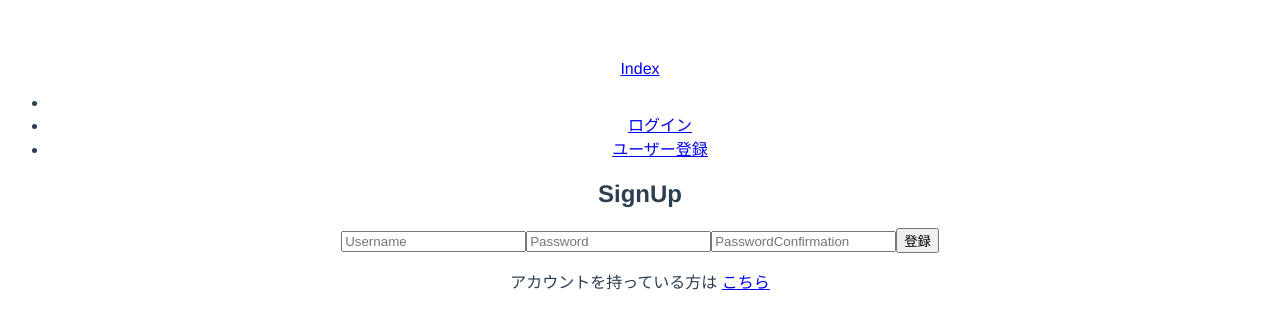
Repository: dododoSA/chat-app
Page: /signup (app in front/)
The author's editor kept a copy of each file at every save. The page is drawn from the files as they stood at one save, then again after a run of saves.
The browser window is 1280 px wide. The pictures show the whole page.
The project was rebuilt for these pictures with package versions that can differ from the ones it lists, and the page was loaded fresh each time. Also part of the build but not shown: front/vue.config.js, front/src/components/HelloWorld.vue, front/src/components/Thread.vue, front/src/components/Channel.vue, front/src/components/Top.vue, front/src/components/Login.vue, front/src/components/NewChannelForm.vue, front/src/components/EditChannelForm.vue.

Above is the page before, as saved 2019-09-08 15:14:39.

After the next 2 saves:
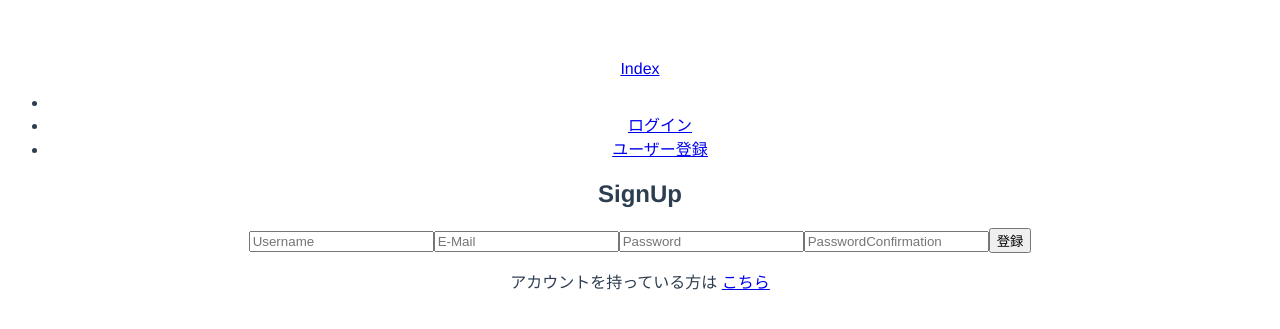
The 2 saves are shown as one change because they came seconds apart.
The last was saved 79 s later.
--- a/front/src/components/Signup.vue
+++ b/front/src/components/Signup.vue
@@ -3,6 +3,7 @@
         <h2>SignUp</h2>
 
         <input type="text" placeholder="Username" v-model="username">
+        <input type="text" placeholder="E-Mail" v-model="email">
         <input type="password" placeholder="Password" v-model="password">
         <input type="password" placeholder="PasswordConfirmation" v-model="passwordConfirmation">
         <button @click="signUp">登録</button>
@@ -25,7 +26,7 @@ export default {
         }
     },
     methods: {
-        logIn: function() {
+        signUp: function() {
             let _this = this
             const data = {
                 username : this.username,
@@ -34,7 +35,7 @@ export default {
             }
 
             if (this.username != '' && this.password != '' && this.email.email != '') {
-                axios.post('/login', data)
+                axios.post('/signUp', data)
                     .then(function(response) {
                         _this.$router.push({name: 'Top'})
                     })
